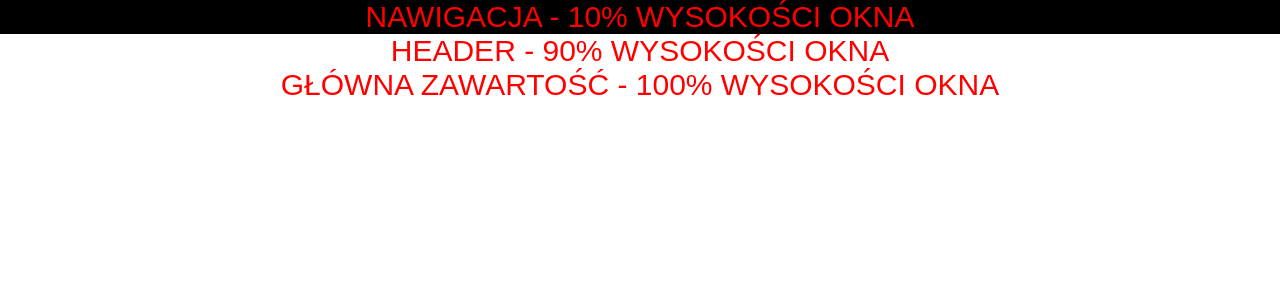
Repository: jasonj2333/advance_CSS
Page: 01-Header, Nav/start.html
These files come from the project's save history. The page is drawn as it stood at one moment and after the next save; the edit follows.
The browser window is 1280 px wide. The pictures show the whole page.

Above is the page before, as saved 2019-04-23 18:28:35.

### 01-Header, Nav/start.html
<!DOCTYPE html>
<html lang="pl">

<head>
    <meta charset="UTF-8">
    <title>Najeżdzanie na header, nav przypięty</title>
    <style>
        * {
            margin: 0;
            padding: 0;
            box-sizing: border-box;
        }

        html {
            text-align: center;
            color: red;
            font-size: 30px;
            text-transform: uppercase;
            font-family: arial;

        }

        nav {
            background-color: #000;
        }
    </style>
</head>

<body>
    <nav>
        Nawigacja - 10% wysokości okna
    </nav>
    <header>
        Header - 90% wysokości okna
    </header>
    <main>
        Główna zawartość - 100% wysokości okna
    </main>
</body>

</html>

After the next save:
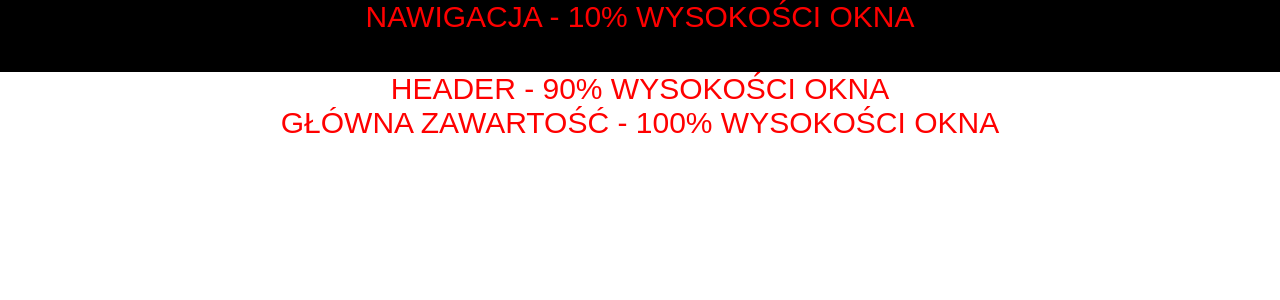
Saved 19 s later.
--- a/01-Header, Nav/start.html
+++ b/01-Header, Nav/start.html
@@ -22,6 +22,7 @@
 
         nav {
             background-color: #000;
+            height: 10vh;
         }
     </style>
 </head>
